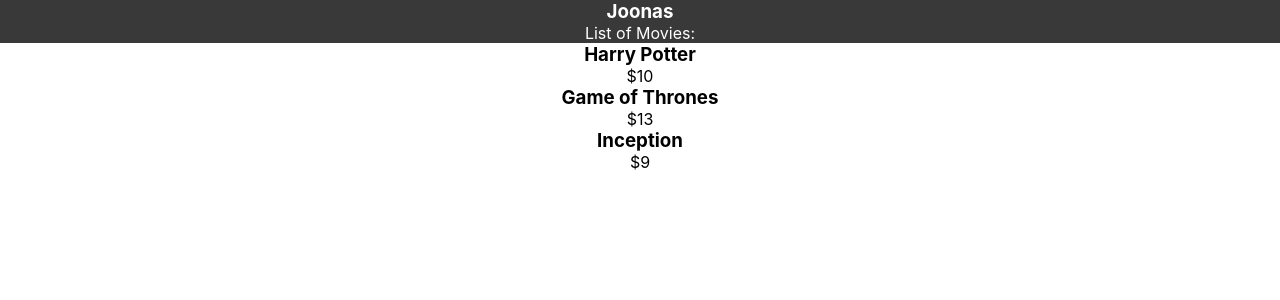
Repository: SubmergedSnake/react-usecontext
Page: /
An editor plug-in stored every save of this project. The page is shown before and after the next save, followed by the edit.
The browser window is 1280 px wide. The pictures show the whole page.
The project was rebuilt for these pictures with package versions that can differ from the ones it lists, and the page was loaded fresh each time.

Above is the page before, as saved 2020-11-21 18:54:07.

### src/App.js
import logo from './logo.svg';
import './App.css';
import MovieList from './MovieList';
import Nav from './Nav';
import {MovieProvider} from './MovieContext';

function App() {
  return (
    <MovieProvider>
    <div className="App">
      <Nav />
      <MovieList />
    </div>
    </MovieProvider>
  );
}

export default App;

### src/MovieList.js
import React, { useState, useContext} from 'react';
import Movie from './Movie';
import {MovieContext} from './MovieContext';

const listStyle = {
}

const MovieList = () => {
const [movies, setMovies] = useContext(MovieContext);
    return (
        <div style={listStyle}>
            {movies.map(movie => (
                <Movie
                name={movie.name}
                price={movie.price}
                key={movie.id}
            />
            ))}
        </div>
    );

}

export default MovieList;

### src/Nav.js
import React, {useContext} from 'react';
import {MovieContext} from './MovieContext';

const navStyle = {
    background: '#3A3939',
    color: 'white'
  };


const Nav = ({name, price}) => {
    const [movies, setMovies] = useContext(MovieContext);
    return(
        <div style={navStyle}>
            <h3>Joonas</h3>
    <p>List of Movies: </p>
        </div>
    )
}

export default Nav;

### src/MovieContext.js
import React, { useState, createContext } from 'react';

export const MovieContext = createContext();

export const MovieProvider = props => {
    const [movies, setMovies] = useState([
        {
            name: 'Harry Potter',
            price: '$10',
            id: 23124
        },
        {
            name: 'Game of Thrones',
            price: '$13',
            id: 223324
        },
        {
            name: 'Inception',
            price: '$9',
            id: 2312474
        }
    ]);

    return (
        <MovieContext.Provider value={[movies, setMovies]}>
            {props.children}
        </MovieContext.Provider>
    );
}

### src/Movie.js
import React from 'react';

const Movie = ({name, price}) => {
    return(
        <div>
            <h3>{name}</h3>
    <p>{price}</p>
        </div>
    )
}

export default Movie;

Loaded but not shown: public/index.html (common file); src/index.js (common file); src/index.css (common file); src/reportWebVitals.js (common file); src/App.css (common file)

After the next save:
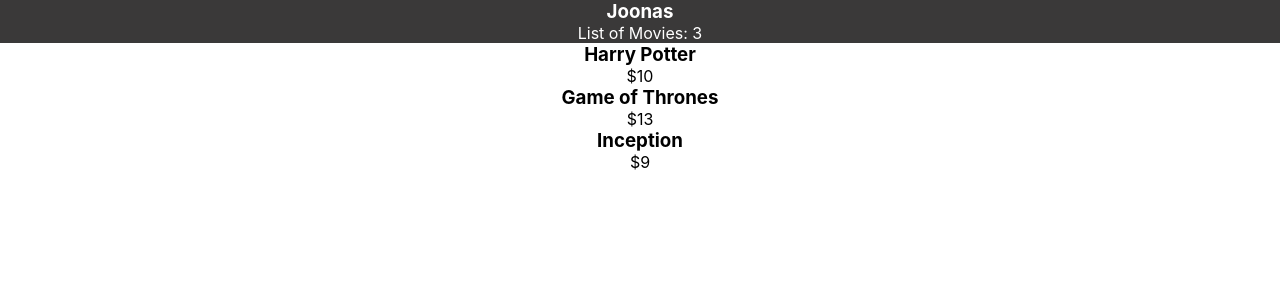
Saved 7 s later.
--- a/src/Nav.js
+++ b/src/Nav.js
@@ -12,7 +12,7 @@
     return(
         <div style={navStyle}>
             <h3>Joonas</h3>
-    <p>List of Movies: </p>
+    <p>List of Movies: {movies.length}</p>
         </div>
     )
 }
